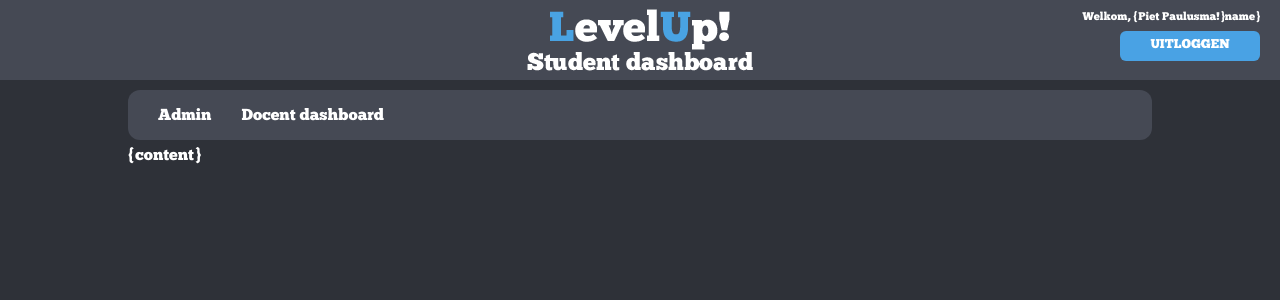
Repository: boblanckenburg/levelup
Page: website/src/index.html
The author's editor kept a copy of each file at every save. The page is drawn from the files as they stood at one save, then again after the next save.
The browser window is 1280 px wide. The pictures show the whole page.

Above is the page before, as saved 2014-10-16 15:09:26.

### website/src/index.html
<!doctype html>
<html class="no-js" id="html" lang="">
    <head>
        <meta charset="utf-8">
        <meta http-equiv="X-UA-Compatible" content="IE=edge">
        <title>LevelUp</title>
        <meta name="description" content="">
        <meta name="viewport" content="width=device-width, initial-scale=1">

        <!-- Place favicon.ico and apple-touch-icon(s) in the root directory -->

        <link rel="stylesheet" href="css/main.css">
        <script src="js/main.js"></script>
        <script src="js/vendor/modernizr-2.8.3.min.js"></script>
    </head>
    <body>
        <!--[if lt IE 8]>
            <p class="browsehappy">You are using an <strong>outdated</strong> browser. Please <a href="http://browsehappy.com/">upgrade your browser</a> to improve your experience.</p>
        <![endif]-->

		<div class="dashboard">
			<section class="header">
				<div id="welcome">
					<p>Welkom, {Piet Paulusma!}name}</p>
					<a href="">UITLOGGEN</a>
				</div>
			</section>
			<section class="menu">
				<a>Admin</a>
				<a>Docent dashboard</a>
			</section>
			<div class="content">
				{content}
			</div>
		</div>
    </body>
</html>

### website/src/css/main.css
/*
 * What follows is the result of much research on cross-browser styling.
 * Credit left inline and big thanks to Nicolas Gallagher, Jonathan Neal,
 * Kroc Camen, and the H5BP dev community and team.
 */

/* ==========================================================================
   Base styles: opinionated defaults
   ========================================================================== */

/*
bg-gray: #2e3138;
bg-light-gray: #454954;
bg-blue: #49a2e4;
neon-blue: #01d1ff;
*/

html {
    color: #222;
    font-size: 1em;
    line-height: 1.4;
	margin: 0px;
	background: #2e3138;
	color: white;
	text-decoration: none;
	font-weight: normal;
}

/* ==========================================================================
   Author's custom styles
   ========================================================================== */


@font-face {
    font-family: chunkfivefont;
    src: url(Chunkfive.otf);
}


body {
    font-family: chunkfivefont;
    color: white;
    height:100%;
	margin: 0px;
	overflow-x: scroll;
	overflow-style: marquee-line;
}

a
{
	color: #49a2e4;

}

h1, h2, h3
{
	font-weight: normal;
}

.dashboard,
{
	height:100%;
	width:100%;
}

.content
{
	height: 100%;
	width: 100%;
}

.header
{
    background: #454953;
	width: 100%;
	height:80px;
	margin: 0px auto 0px auto;

	background-image: url('../img/dashboardlogo.png');
	background-position: center;
	background-repeat: no-repeat;
	background-color: #454954;
}

.header #welcome
{
	width: 200px;
	float:right;
	color: white;
	margin 0px auto 0px auto;
	padding: 0px 10px 0px 0px;
}

.header #welcome p
{
	float: right;
	display: block;
	font-size: 0.7em;
	margin: 10px 10px 5px 0px;
}

.header #welcome a
{
	float: right;
	display: block;
	height:20px;
	width: 100px;
	text-align: center;
	font-size: 0.8em;
	color: white;
	text-decoration: none;
	padding:5px 20px 5px 20px;
	margin: 0px 10px 0px 0px;

	background-color: #49a2e4;
	border-radius: 6px;
}

.menu
{
    background: #2e3138;
	width:80%;
	height:100%;
	min-height:50px;
	margin: 10px auto 5px auto;
	background: #454954;
	border-radius: 12px;
	display: block;
}

.menu a, a:visited
{
	display: block;
	float:left;
	height: 35px;
	text-align: center;
	padding: 15px 0px 0px 30px;
	text-decoration: none;
	color: white;
}

.menu a:hover
{
	color: #49a2e4;
}

.content {
	width: 80%;
	height: 350px;
	margin: auto;
}

.container {
	margin: 0px auto 0px auto;
	width:100%;
	display: inline;
}


/* ==========================================================================
   Helper classes
   ========================================================================== */

/*
 * Hide visually and from screen readers: h5bp.com/u
 */

.hidden {
    display: none !important;
    visibility: hidden;
}

/*
 * Hide only visually, but have it available for screen readers: h5bp.com/v
 */

.visuallyhidden {
    border: 0;
    clip: rect(0 0 0 0);
    height: 1px;
    margin: -1px;
    overflow: hidden;
    padding: 0;
    position: absolute;
    width: 1px;
}

/*
 * Extends the .visuallyhidden class to allow the element to be focusable
 * when navigated to via the keyboard: h5bp.com/p
 */

.visuallyhidden.focusable:active,
.visuallyhidden.focusable:focus {
    clip: auto;
    height: auto;
    margin: 0;
    overflow: visible;
    position: static;
    width: auto;
}

/*
 * Hide visually and from screen readers, but maintain layout
 */

.invisible {
    visibility: hidden;
}

/*
 * Clearfix: contain floats
 *
 * For modern browsers
 * 1. The space content is one way to avoid an Opera bug when the
 *    `contenteditable` attribute is included anywhere else in the document.
 *    Otherwise it causes space to appear at the top and bottom of elements
 *    that receive the `clearfix` class.
 * 2. The use of `table` rather than `block` is only necessary if using
 *    `:before` to contain the top-margins of child elements.
 */

.clearfix:before,
.clearfix:after {
    content: " "; /* 1 */
    display: table; /* 2 */
}

.clearfix:after {
    clear: both;
}

/* ==========================================================================
   EXAMPLE Media Queries for Responsive Design.
   These examples override the primary ('mobile first') styles.
   Modify as content requires.
   ========================================================================== */

@media only screen and (min-width: 35em) {
    /* Style adjustments for viewports that meet the condition */
}

@media print,
       (-o-min-device-pixel-ratio: 5/4),
       (-webkit-min-device-pixel-ratio: 1.25),
       (min-resolution: 120dpi) {
    /* Style adjustments for high resolution devices */
}

/* ==========================================================================
   Print styles.
   Inlined to avoid the additional HTTP request: h5bp.com/r
   ========================================================================== */

@media print {
    *,
    *:before,
    *:after {
        background: transparent !important;
        color: #000 !important; /* Black prints faster: h5bp.com/s */
        box-shadow: none !important;
        text-shadow: none !important;
    }

    a,
    a:visited {
        text-decoration: underline;
    }

    a[href]:after {
        content: " (" attr(href) ")";
    }

    abbr[title]:after {
        content: " (" attr(title) ")";
    }

    /*
     * Don't show links that are fragment identifiers,
     * or use the `javascript:` pseudo protocol
     */

    a[href^="#"]:after,
    a[href^="javascript:"]:after {
        content: "";
    }

    pre,
    blockquote {
        border: 1px solid #999;
        page-break-inside: avoid;
    }

    thead {
        display: table-header-group; /* h5bp.com/t */
    }

    tr,
    img {
        page-break-inside: avoid;
    }

    img {
        max-width: 100% !important;
    }

    p,
    h2,
    h3 {
        orphans: 3;
        widows: 3;
    }

    h2,
    h3 {
        page-break-after: avoid;
    }
}

### website/src/js/main.js

//set up height of the html element so 100% height spans the entire screen
document.getElementById("html").style.height=window.innerHeight+"px";

Loaded but not shown: website/src/js/vendor/modernizr-2.8.3.min.js (library)

After the next save:
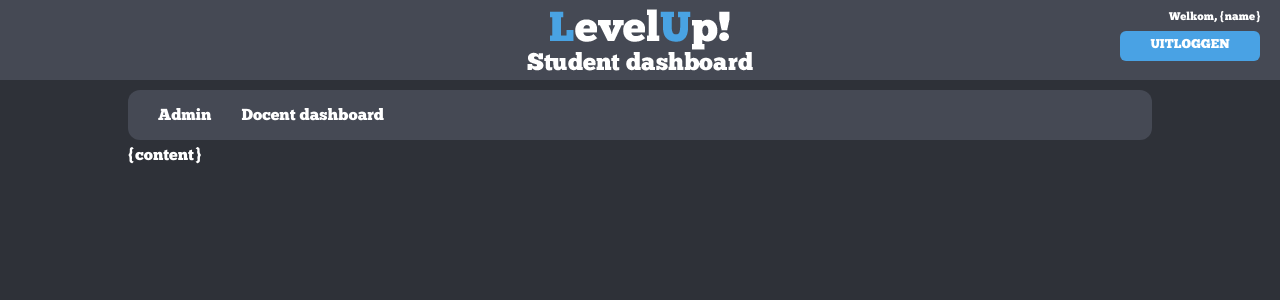
Saved 9 s later.
--- a/website/src/index.html
+++ b/website/src/index.html
@@ -21,7 +21,7 @@
 		<div class="dashboard">
 			<section class="header">
 				<div id="welcome">
-					<p>Welkom, {Piet Paulusma!}name}</p>
+					<p>Welkom, {name}</p>
 					<a href="">UITLOGGEN</a>
 				</div>
 			</section>
